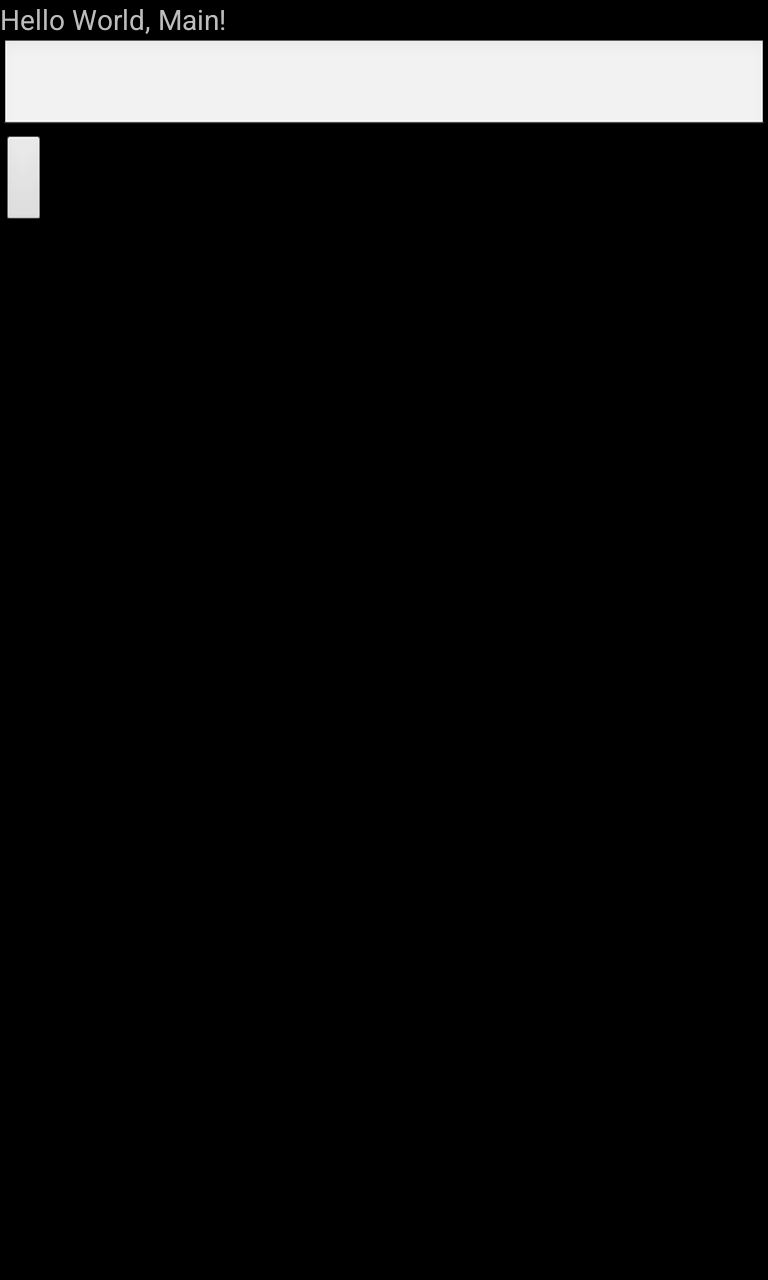
Repository: yoggy7978/yoggyRepo
Layout: android/YogSMS/YogSMS/res/layout/main.xml
The author's editor kept a copy of each file at every save. The layout is drawn from the files as they stood at one save, then again after the next save.
It is drawn on a 768 x 1280 px phone screen (xhdpi) without system bars, with theme android:Theme; the app's code is not run.

Above is the layout before, as saved 2010-12-10 09:03:34.

### android/YogSMS/YogSMS/res/layout/main.xml
<?xml version="1.0" encoding="utf-8"?>
<LinearLayout xmlns:android="http://schemas.android.com/apk/res/android"
    android:orientation="vertical"
    android:layout_width="fill_parent"
    android:layout_height="fill_parent"
    >
<TextView
    android:layout_width="fill_parent"
    android:layout_height="wrap_content"
    android:text="@string/hello"
    />
<EditText android:id="@+id/et_message" android:layout_width="fill_parent" android:layout_height="wrap_content"></EditText>
<Button android:text="@+id/btn_send" android:id="@+id/btn_send" android:layout_width="wrap_content" android:layout_height="wrap_content"></Button>
</LinearLayout>

### android/YogSMS/YogSMS/res/values/strings.xml
<?xml version="1.0" encoding="utf-8"?>
<resources>
    <string name="hello">Hello World, Main!</string>
    <string name="app_name">YogSMS</string>
    <string name="btn_send">btn_send</string>
</resources>

After the next save:
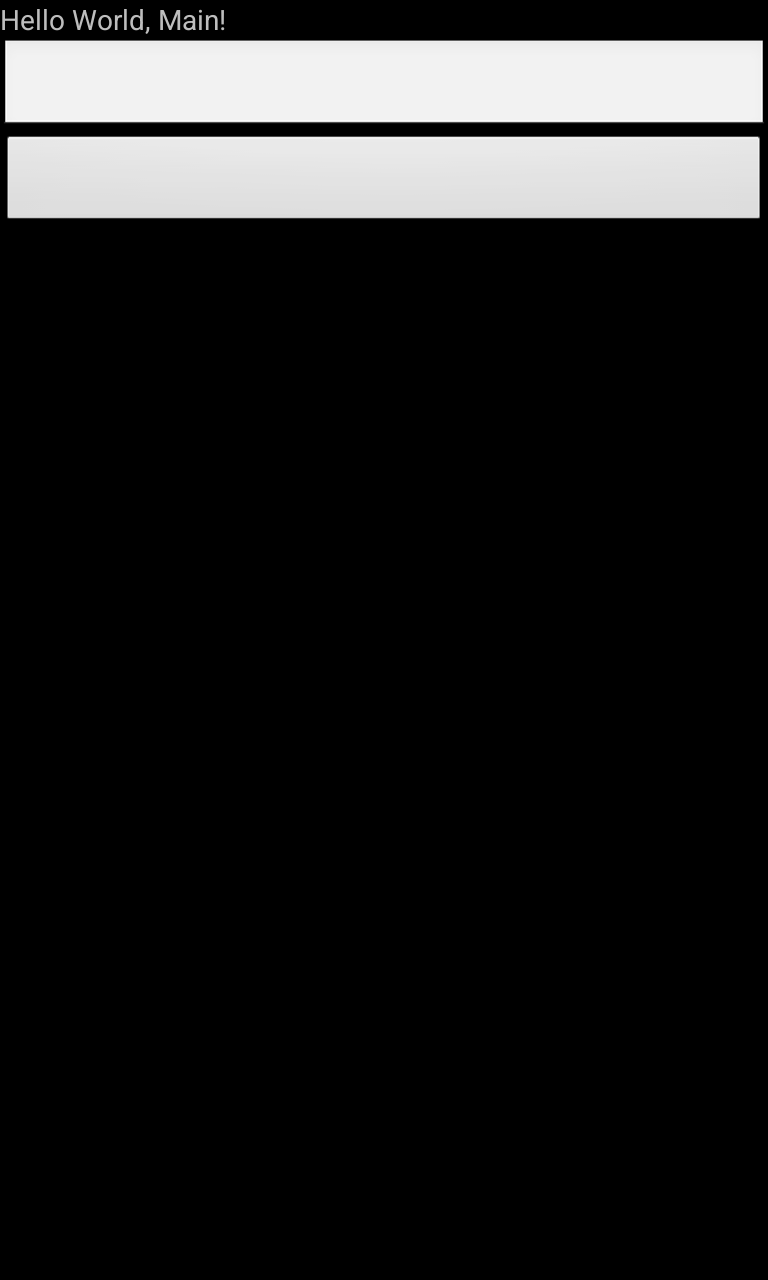
Saved 6 s later.
--- a/android/YogSMS/YogSMS/res/layout/main.xml
+++ b/android/YogSMS/YogSMS/res/layout/main.xml
@@ -10,5 +10,5 @@
     android:text="@string/hello"
     />
 <EditText android:id="@+id/et_message" android:layout_width="fill_parent" android:layout_height="wrap_content"></EditText>
-<Button android:text="@+id/btn_send" android:id="@+id/btn_send" android:layout_width="wrap_content" android:layout_height="wrap_content"></Button>
+<Button android:text="@+id/btn_send" android:id="@+id/btn_send" android:layout_width="fill_parent" android:layout_height="wrap_content"></Button>
 </LinearLayout>
